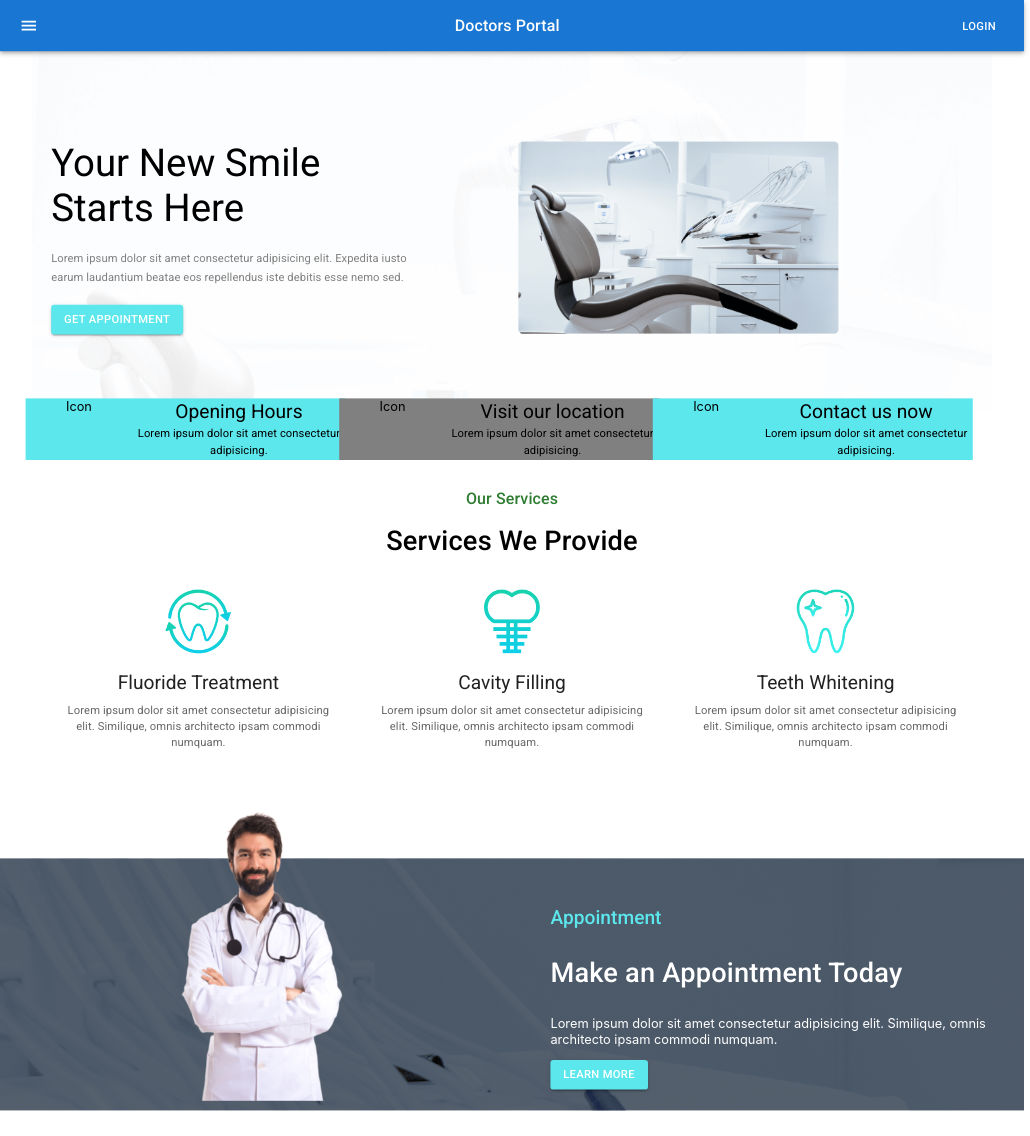
Repository: Sharif-00112/doctors-portal-client
Page: /
The author's editor kept a copy of each file at every save. The page is drawn from the files as they stood at one save, then again after the next save.
The browser window is 1280 px wide. The page is 1288 px wide, so the pictures cover 1288 px, including what lies to the right of the window. The pictures show the whole page, at 80% of full size.
The project was rebuilt for these pictures with package versions that can differ from the ones it lists, and the page was loaded fresh each time.

Above is the page before, as saved 2022-11-01 23:18:33.

### public/index.html
<!DOCTYPE html>
<html lang="en">
  <head>
    <meta charset="utf-8" />
    <link rel="icon" href="%PUBLIC_URL%/favicon.ico" />
    <meta name="viewport" content="width=device-width, initial-scale=1" />
    <meta name="theme-color" content="#000000" />
    <meta
      name="description"
      content="Web site created using create-react-app"
    />
    <link
      rel="stylesheet" href="https://fonts.googleapis.com/css?family=Roboto:300,400,500,700&display=swap"
    />

    <link rel="apple-touch-icon" href="%PUBLIC_URL%/logo192.png" />
    <!--
      manifest.json provides metadata used when your web app is installed on a
      user's mobile device or desktop. See https://developers.google.com/web/fundamentals/web-app-manifest/
    -->
    <link rel="manifest" href="%PUBLIC_URL%/manifest.json" />
    <!--
      Notice the use of %PUBLIC_URL% in the tags above.
      It will be replaced with the URL of the `public` folder during the build.
      Only files inside the `public` folder can be referenced from the HTML.

      Unlike "/favicon.ico" or "favicon.ico", "%PUBLIC_URL%/favicon.ico" will
      work correctly both with client-side routing and a non-root public URL.
      Learn how to configure a non-root public URL by running `npm run build`.
    -->
    <title>React App</title>
  </head>
  <body>
    <noscript>You need to enable JavaScript to run this app.</noscript>
    <div id="root"></div>
    <!--
      This HTML file is a template.
      If you open it directly in the browser, you will see an empty page.

      You can add webfonts, meta tags, or analytics to this file.
      The build step will place the bundled scripts into the <body> tag.

      To begin the development, run `npm start` or `yarn start`.
      To create a production bundle, use `npm run build` or `yarn build`.
    -->
  </body>
</html>

### src/App.js
import './App.css';
import { BrowserRouter as Router, Route, Routes} from 'react-router-dom';
import Home from './Pages/Home/Home/Home';

function App() {
  return (
    <div className="App">
      <Router>
        {/* <Header></Header> */}
        <Routes>
          <Route exact path = '/' element={<Home/>}/>
          <Route exact path = '/home' element={<Home/>}/>
          <Route exact path = '*' element={<Home/>}/>
        </Routes>
        {/* <Footer></Footer> */}
      </Router>
    </div>
  );
}

export default App;

### src/Pages/Home/Home/Home.js
import React from 'react';
import Navigation from '../../Shared/Navigation/Navigation';
import AppointmentBanner from '../AppointmentBanner/AppointmentBanner';
import Banner from '../Banner/Banner';
import Services from '../Services/Services';

const Home = () => {
    return (
        <div>
            {/* <h2>This is Home</h2> */}
            <Navigation></Navigation>
            <Banner></Banner>
            <Services></Services>
            <AppointmentBanner></AppointmentBanner>
        </div>
    );
};

export default Home;

### src/Pages/Shared/Navigation/Navigation.js
import React from 'react';
import AppBar from '@mui/material/AppBar';
import Box from '@mui/material/Box';
import Toolbar from '@mui/material/Toolbar';
import Typography from '@mui/material/Typography';
import Button from '@mui/material/Button';
import IconButton from '@mui/material/IconButton';
import MenuIcon from '@mui/icons-material/Menu';

const Navigation = () => {
    return (
        <div>
            <Box sx={{ flexGrow: 1, pb:2 }}>
                <AppBar position="static">
                    <Toolbar>
                        <IconButton
                            size="large"
                            edge="start"
                            color="inherit"
                            aria-label="menu"
                            sx={{ mr: 2 }}
                        >
                            <MenuIcon />
                        </IconButton>
                        <Typography variant="h6" component="div" sx={{ flexGrow: 1 }}>
                            Doctors Portal
                        </Typography>
                        <Button color="inherit">Login</Button>
                    </Toolbar>
                </AppBar>
            </Box>
        </div>
    );
};

export default Navigation;

### src/Pages/Home/AppointmentBanner/AppointmentBanner.js
import React from 'react';
import Box from '@mui/material/Box';
import Grid from '@mui/material/Unstable_Grid2';
import Typography from '@mui/material/Typography';

import doctor from '../../../images/images/doctor.png'
import bg from '../../../images/images/appointment-bg.png'
import { Button } from '@mui/material';

const appointmentBanner = {
    background: `url(${bg})`,
    marginTop: 100,
    backgroundColor: 'rgba(45, 58, 74, 0.8)',
    backgroundBlendMode: 'darken, luminosity'
}

const AppointmentBanner = () => {
    return (
        <div>
            <Box style={appointmentBanner} sx={{ flexGrow: 1, mb:5 }}>
                <Grid container spacing={2}>
                    <Grid xs={12} md={6}>
                        <img
                           style={{width: 400, marginTop: '-105px' }}
                        src={doctor} alt="" />
                    </Grid>

                    <Grid xs={12} md={6} sx={{
                        display: 'flex',
                        justifyContent: 'flex-start',
                        textAlign: 'left',
                        alignItems: 'center'
                        }}>
                        <Box sx={{pl: 5}}>
                            <Typography sx={{ mb: 2, mt: 4, fontWeight: 500 }} style={{color: '#5CE7ED'}} variant="h5" component="div">
                                Appointment
                            </Typography>
                            <Typography sx={{ mb: 2, mt: 4, fontWeight: 500 }} style={{color: 'white'}} variant="h4" component="div">
                                Make an Appointment Today
                            </Typography>
                            <Typography sx={{ mb: 2, mt: 4 }} style={{color: 'white'}} variant="" component="div">
                                Lorem ipsum dolor sit amet consectetur adipisicing elit. Similique, omnis architecto ipsam commodi numquam.
                            </Typography>
                            <Button variant="contained" style={{backgroundColor: '#5CE7ED'}}>Learn More</Button>
                        </Box>
                    </Grid>
                </Grid>
            </Box>
        </div>
    );
};

export default AppointmentBanner;

### src/Pages/Home/Banner/Banner.js
import React from 'react';
import Grid from '@mui/material/Grid';
import Typography from '@mui/material/Typography';
import { Box, Button, Container } from '@mui/material';

import chair from '../../../images/images/chair.png';
import bnBg from '../../../images/images/bg.png';

const bannerBg = {
    background: `url(${bnBg})`
}

const verticalCenter = {
    display: 'flex',
    alignItems: 'center',
    height: 450
}

const Banner = () => {
    return (
        <div>
            <Container style={bannerBg} sx={{ flexGrow: 1 }}>
                <Grid container spacing={2}>
                    <Grid item style={{ ...verticalCenter, textAlign: 'left'}} xs={12} md={6}>
                        <Box>
                            <Typography sx={{ }} style={{color: 'black'}} variant="h3" component="div">
                                Your New Smile <br />
                                Starts Here
                            </Typography>
                            <Typography sx={{ my: 3, pr: 15, fontSize: 14, fontWeight: 400, color: 'gray'}} variant="h6" component="div">
                                Lorem ipsum dolor sit amet consectetur adipisicing elit. Expedita iusto earum laudantium beatae eos repellendus iste debitis esse nemo sed.
                            </Typography>
                            <Button variant="contained" style={{backgroundColor: '#5CE7ED'}}>Get Appointment</Button>
                        </Box>
                    </Grid>
                    <Grid item xs={12} md={6} style={verticalCenter}>
                        <img style={{ width: '400px'}} src={chair} alt="" />
                    </Grid>
                </Grid>
            </Container>

            <Container sx={{ flexGrow: 1 }}>
                <Grid container rowSpacing={1} columnSpacing={{ xs: 1, sm: 2, md: 3 }}>
                    <Grid xs={4}>
                        <Grid container spacing={1} style={{ backgroundColor: '#5CE7ED'}}>
                            <Grid xs={4}>
                                Icon
                            </Grid>
                            <Grid xs={8}>
                                <Typography sx={{ }} style={{color: 'black'}} variant="h5" component="div">
                                    Opening Hours
                                </Typography>
                                <Typography sx={{ fontSize: 14, fontWeight: 400 }} style={{color: 'black'}} variant="h6" component="div">
                                    Lorem ipsum dolor sit amet consectetur adipisicing.
                                </Typography>
                            </Grid>
                        </Grid>
                    </Grid>
                    <Grid xs={4}>
                        <Grid container spacing={1} style={{ backgroundColor: 'gray'}}>
                            <Grid xs={4}>
                                Icon
                            </Grid>
                            <Grid xs={8}>
                                <Typography sx={{ }} style={{color: 'black'}} variant="h5" component="div">
                                    Visit our location
                                </Typography>
                                <Typography sx={{ fontSize: 14, fontWeight: 400 }} style={{color: 'black'}} variant="h6" component="div">
                                    Lorem ipsum dolor sit amet consectetur adipisicing.
                                </Typography>
                            </Grid>
                        </Grid>
                    </Grid>
                    <Grid xs={4}>
                        <Grid container spacing={1} style={{ backgroundColor: '#5CE7ED'}}>
                            <Grid xs={4}>
                                Icon
                            </Grid>
                            <Grid xs={8}>
                                <Typography sx={{ }} style={{color: 'black'}} variant="h5" component="div">
                                    Contact us now
                                </Typography>
                                <Typography sx={{ fontSize: 14, fontWeight: 400 }} style={{color: 'black'}} variant="h6" component="div">
                                    Lorem ipsum dolor sit amet consectetur adipisicing.
                                </Typography>
                            </Grid>
                        </Grid>
                    </Grid>
                </Grid>
            </Container>
        </div>
    );
};

export default Banner;

### src/Pages/Home/Services/Services.js
import React from 'react';
import Box from '@mui/material/Box';
import Grid from '@mui/material/Unstable_Grid2';
import Typography from '@mui/material/Typography';
import { Container } from '@mui/material';
import Service from '../Service/Service';

import fluoride from '../../../images/images/fluoride.png';
import cavity from '../../../images/images/cavity.png'
import whitening from '../../../images/images/whitening.png'

const services = [
    {
        name: 'Fluoride Treatment',
        description: 'Lorem ipsum dolor sit amet consectetur adipisicing elit. Similique, omnis architecto ipsam commodi numquam.',
        img: fluoride
    },
    {
        name: 'Cavity Filling',
        description: 'Lorem ipsum dolor sit amet consectetur adipisicing elit. Similique, omnis architecto ipsam commodi numquam.',
        img: cavity
    },
    {
        name: 'Teeth Whitening',
        description: 'Lorem ipsum dolor sit amet consectetur adipisicing elit. Similique, omnis architecto ipsam commodi numquam.',
        img: whitening
    }
]

const Services = () => {
    return (
        <div>
            <Box sx={{ flexGrow: 1 }}>
                <Container>
                    <Typography sx={{ mb: 2, mt: 4, fontWeight: 500, color: 'success.main' }} variant="h6" component="div">
                        Our Services
                    </Typography>
                    <Typography sx={{ mb: 3, fontWeight: 500 }} variant="h4" component="div">
                        Services We Provide
                    </Typography>

                    <Grid container spacing={{ xs: 2, md: 3 }} columns={{ xs: 4, sm: 8, md: 12 }}>
                        {
                            services.map(service => (
                                <Grid xs={2} sm={4} md={4} key={service.name}>
                                <Service
                                    key = {service.name}
                                    service = {service}
                                ></Service>
                            </Grid>
                            ))
                        }
                    </Grid>
                </Container>
            </Box>
        </div>
    );
};

export default Services;

### src/Pages/Home/Service/Service.js
import React from 'react';
import Card from '@mui/material/Card';
// import CardActions from '@mui/material/CardActions';
import CardContent from '@mui/material/CardContent';
// import Button from '@mui/material/Button';
import Typography from '@mui/material/Typography';
import CardMedia from '@mui/material/CardMedia';

const Service = (props) => {
    const {name, description, img} = props.service
    return (
        <div>
            <Card sx={{ minWidth: 275, border: 0, boxShadow: 0, mt: 1.5 }}>
                <CardMedia
                    component="img"
                    style={{width: 'auto', height: '80px', margin: '4px auto'}}
                    image={img}
                    alt={name}
                />
                <CardContent>
                    <Typography sx={{ mb: 1 }} variant="h5" component="div">
                        {name}
                    </Typography>
                    <Typography sx={{ mb: 1.5 }} variant="body2" color="text.secondary">
                        {description}
                    </Typography>
                </CardContent>
                {/* <CardActions>
                    <Button size="small">Learn More</Button>
                </CardActions> */}
            </Card>
        </div>
    );
};

export default Service;

Loaded but not shown: src/index.js (common file); src/index.css (common file); src/reportWebVitals.js (common file); src/App.css (common file)

After the next save:
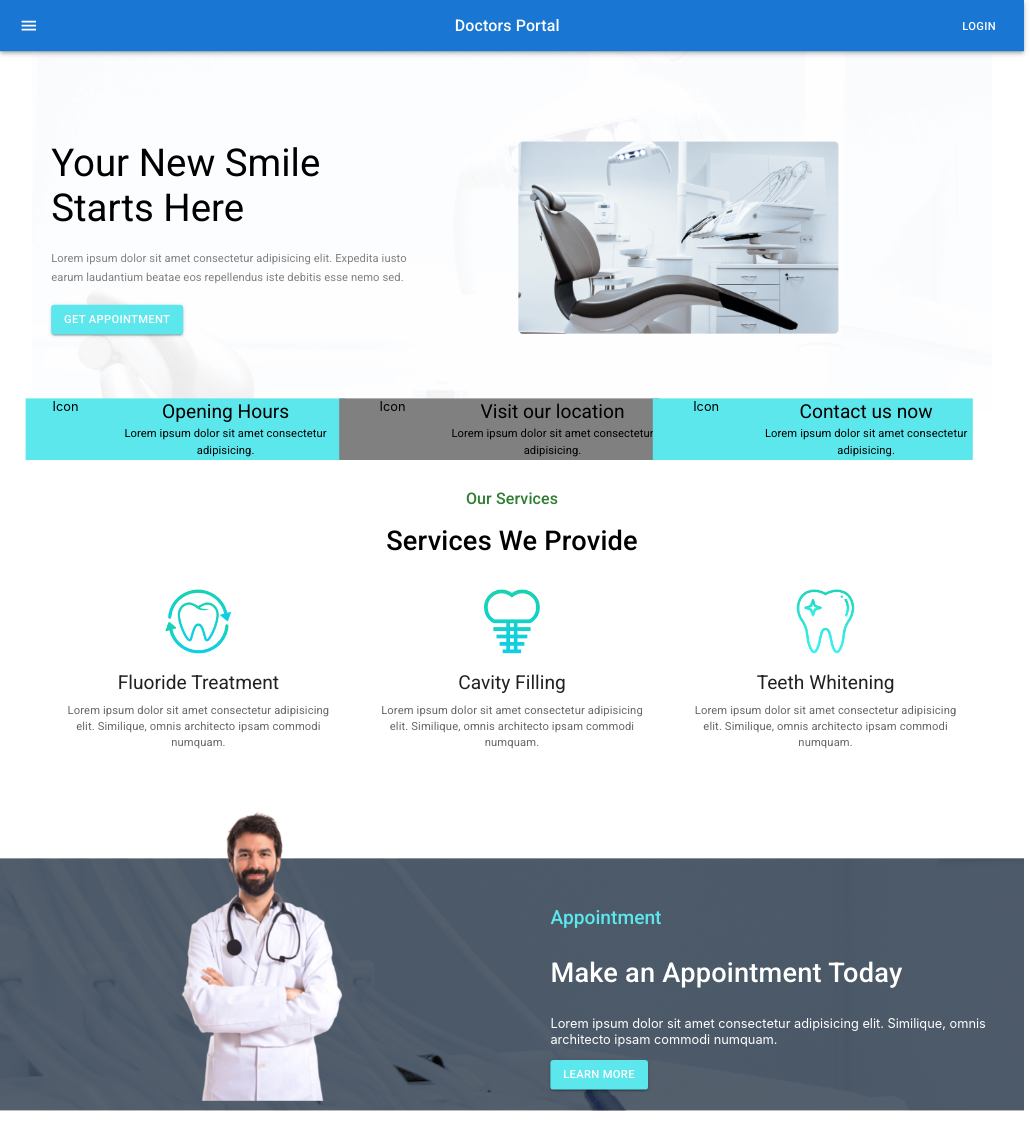
Saved 44 s later.
--- a/src/Pages/Home/Banner/Banner.js
+++ b/src/Pages/Home/Banner/Banner.js
@@ -43,10 +43,10 @@
                 <Grid container rowSpacing={1} columnSpacing={{ xs: 1, sm: 2, md: 3 }}>
                     <Grid xs={4}>
                         <Grid container spacing={1} style={{ backgroundColor: '#5CE7ED'}}>
-                            <Grid xs={4}>
+                            <Grid xs={3}>
                                 Icon
                             </Grid>
-                            <Grid xs={8}>
+                            <Grid xs={9}>
                                 <Typography sx={{ }} style={{color: 'black'}} variant="h5" component="div">
                                     Opening Hours
                                 </Typography>

After the save that followed:
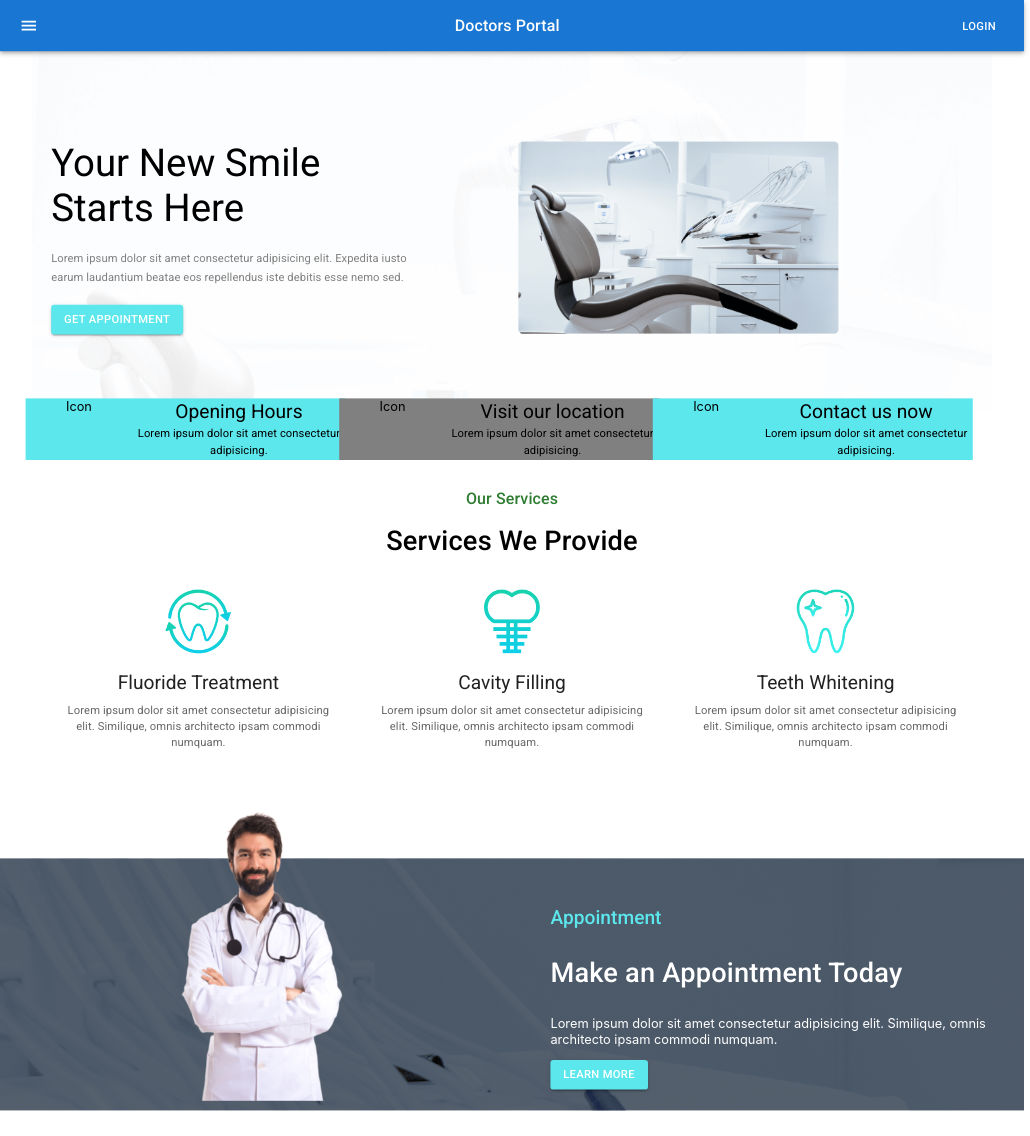
Saved 18 s later.
--- a/src/Pages/Home/Banner/Banner.js
+++ b/src/Pages/Home/Banner/Banner.js
@@ -43,10 +43,10 @@
                 <Grid container rowSpacing={1} columnSpacing={{ xs: 1, sm: 2, md: 3 }}>
                     <Grid xs={4}>
                         <Grid container spacing={1} style={{ backgroundColor: '#5CE7ED'}}>
-                            <Grid xs={3}>
+                            <Grid xs={4}>
                                 Icon
                             </Grid>
-                            <Grid xs={9}>
+                            <Grid xs={8}>
                                 <Typography sx={{ }} style={{color: 'black'}} variant="h5" component="div">
                                     Opening Hours
                                 </Typography>
